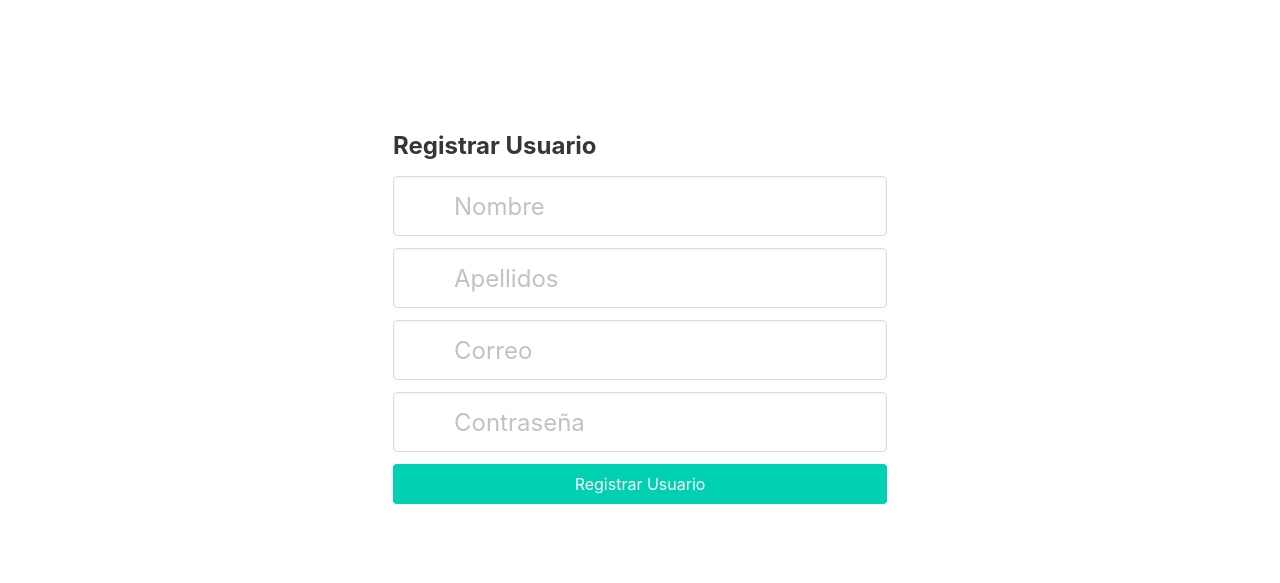
Repository: Spawnbig/ProyectoEspTec1
Page: /
The author's editor kept a copy of each file at every save. The page is drawn from the files as they stood at one save, then again after the next save.
The browser window is 1280 px wide. The pictures show the whole page.
The project was rebuilt for these pictures with package versions that can differ from the ones it lists, and the page was loaded fresh each time. Also part of the build but not shown: vite.config.js, src/views/Dashboard.vue.

Above is the page before, as saved 2022-07-08 21:56:08.

After the next save:
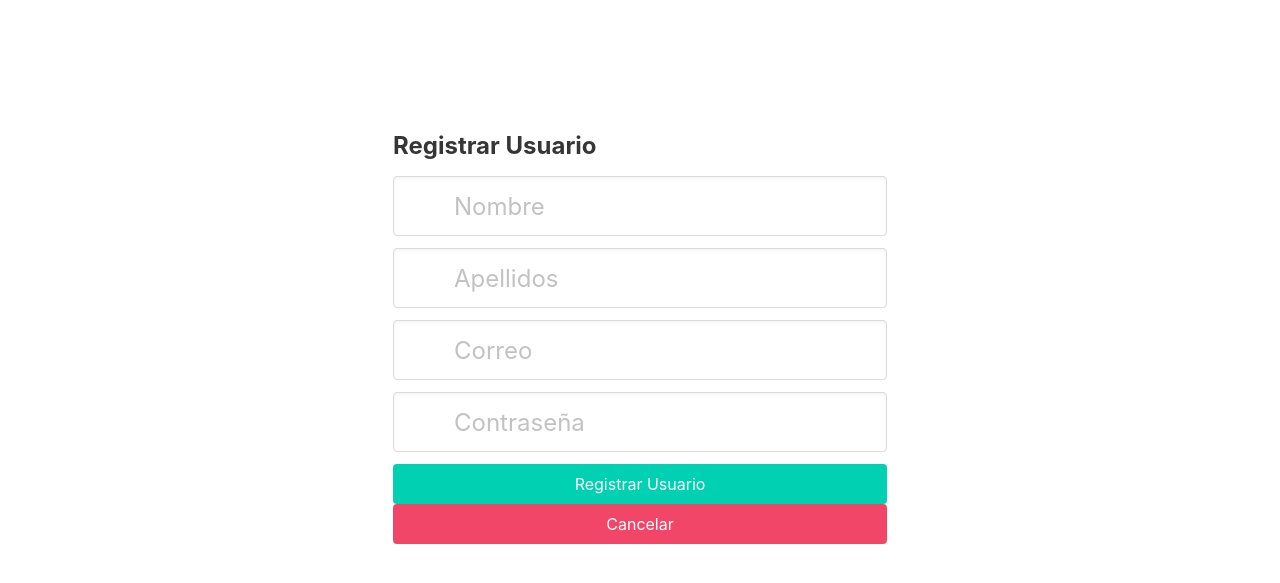
Saved 2 min 57 s later.
--- a/src/components/CrearUsuario.vue
+++ b/src/components/CrearUsuario.vue
@@ -49,6 +49,7 @@
   </div>
 </div>
 <button class="button is-primary">Registrar Usuario</button>
+ <button class="button is-danger">Cancelar</button>
 </div>
 
 </template>
